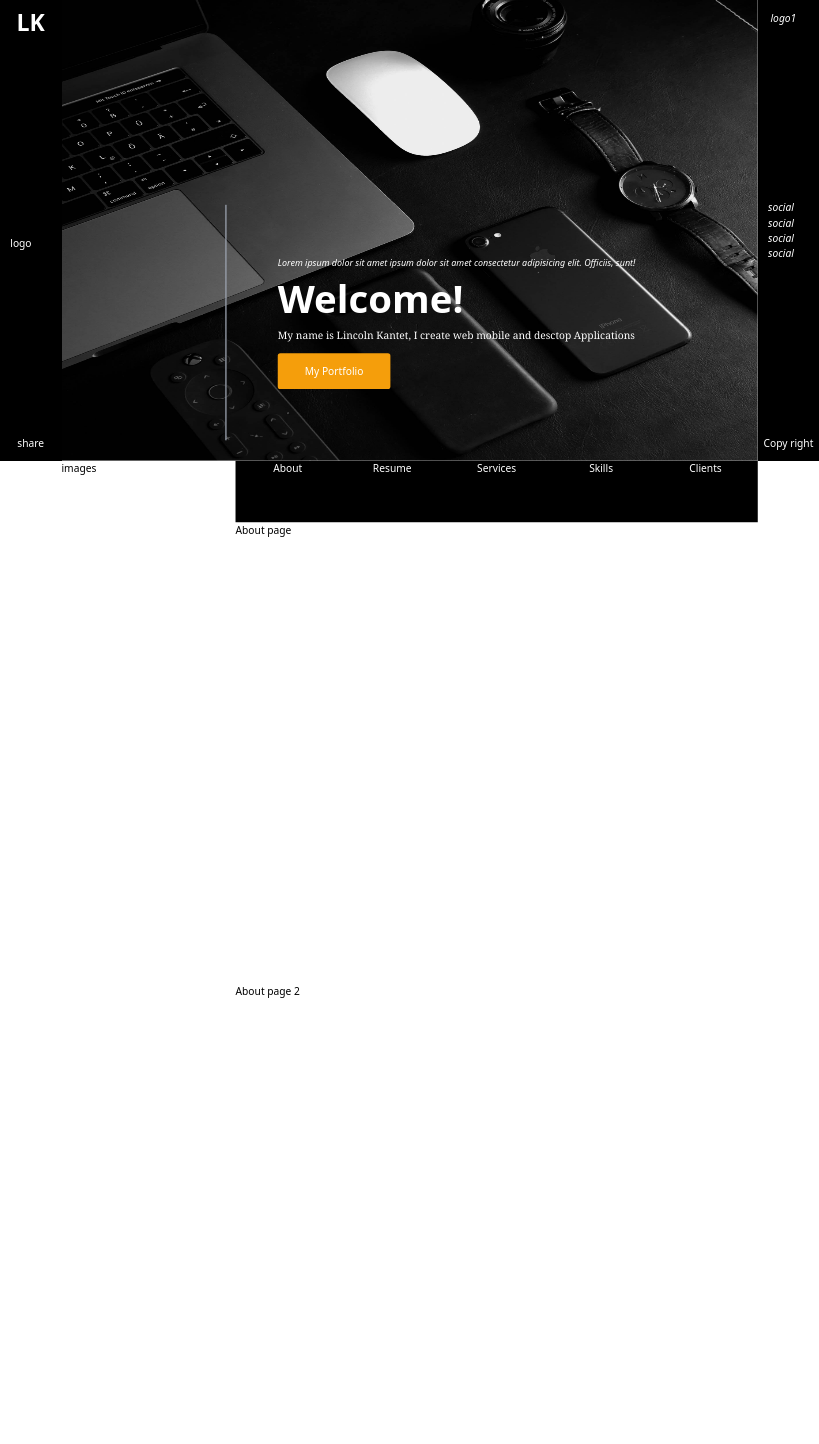
Repository: linco6054/template-tailwindcss
Page: index.html
An editor plug-in stored every save of this project. The page is shown before and after a run of saves, followed by the edit.
The browser window is 1280 px wide. The pictures show the whole page, at 64% of full size.

Above is the page before, as saved 2021-08-17 17:54:37.

### index.html
<!DOCTYPE html>
<html lang="en">

  <head>
    <meta charset="UTF-8" />
    <meta http-equiv="X-UA-Compatible" content="IE=edge" />
    <meta name="viewport" content="width=device-width, initial-scale=1.0" />
    <link href="https://unpkg.com/tailwindcss@^2/dist/tailwind.min.css" rel="stylesheet" />
    <link rel="stylesheet" href="style.css">
    <title>Lincoln Kantet</title>
  </head>

  <body class="font-sans text-white  max-w-full h-auto flex flex-col lg:flex-row">
    <!-- nav -->
    <nav class="
        fixed
        top-0
        lg:left-0
        overflow-hidden
        bg-black
        h-20
        flex
        justify-between
        lg:flex-col
        items-center
        w-full
        lg:w-24 lg:h-screen
        z-50
      ">
      <span>
        <h1 class="mx-4 lg:mt-4 text-4xl font-bold">LK</h1>
      </span>
      <div class="mx-4 cursor-pointer">
        <i class="opacity-0 hover:opacity-100">menu</i>
        <span>logo</span>
      </div>

      <span class="mx-4 lg:mb-4">share</span>
    </nav>
    <!-- pages -->
    <section class="
        px-0
        lg:px-24
        overflow-hidden
        flex-col
        md:w-full
        lg:w-full
        h-auto
        text-black
        pt-20
        md:pt-0

      ">
      <div class="h-screen w-full relative overflow-hidden">
        <img class="absolute  z-0 h-full w-full" src="/images/bg.jpg" alt="">

        <div
          class="md:border-l-2 md:pl-20 md:py-20 md:border-gray-400 px-10 lg:ml-64 absolute text-white top-64 md:top-80 w-full z-20 flex flex-col  items-left  ">
          <i class="w-full text-sm mb-4 ">Lorem ipsum dolor sit amet ipsum dolor sit amet consectetur adipisicing elit.
            Officiis, sunt!</i>
          <h1 class="font-extrabold text-6xl mb-4">Welcome!</h1>
          <p class="font-serif mb-4">My name is Lincoln Kantet, I create web mobile and desctop Applications</p>
          <button class="bg-yellow-500 px-4 py-2 md:px-10 md:py-4 rounded w-44 hover:bg-yellow-700 ">My
            Portfolio</button>
        </div>
      </div>
      </div>
      <!-- other screen mother container -->
      <div class="h-auto relative flex ">
        <div class="w-1/3 hidden md:block">images</div>
        <div class="w-full">
          <nav class="text-white sticky top-24 h-24 bg-black w-full flex ">
              <a class="flex-1 h-24 text-center" href="about"> <span>About</span> </a>
              <a class="flex-1 h-24 text-center" href="about">Resume</a>
              <a class="flex-1 h-24 text-center" href="about">Services</a>
              <a class="flex-1 h-24 text-center" href="about">Skills</a>
              <a class="flex-1 h-24 text-center" href="about">Clients</a>
          </nav>
          <main>
            <div class="h-screen">About page</div>
            <div class="h-screen">About page 2</div>
          </main>
        </div>

      </div>
      <!-- end of other screen mother container -->
    </section>
    <!-- footer -->
    <footer class="
        lg:fixed lg:right-0
        overflow-hidden
        w-full
        lg:w-24
        bg-black
        h-20
        flex
        lg:h-screen
        flex-row-reverse
        justify-between
        items-center
        lg:flex-col
      ">
      <span class="mr-4 lg:mt-4">
        <i>logo1</i>
      </span>
      <span class="ml-4">
        <i>social</i>
        <i>social</i>
        <i>social</i>
        <i>social</i>
      </span>
      <span class="hidden lg:block lg:mb-4 ">
        <p class="md:rotate-90">Copy right</p>
      </span>
    </footer>
  </body>

</html>

Loaded but not shown: style.css (no stored copy; drawn as an empty file)

After the next 2 saves:
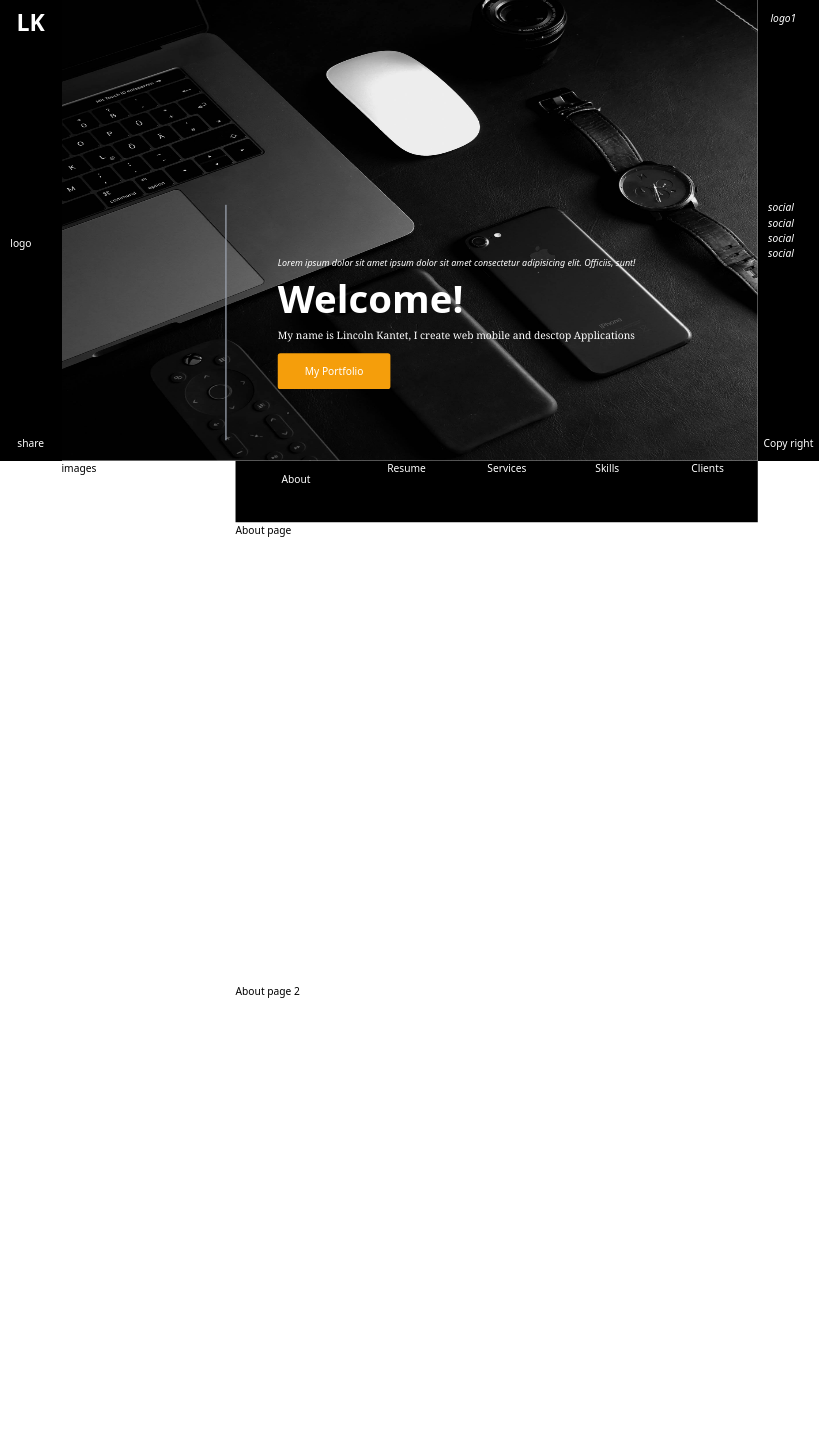
The 2 saves are shown as one change because they came seconds apart.
The last was saved 10 s later.
--- a/index.html
+++ b/index.html
@@ -70,7 +70,7 @@
         <div class="w-1/3 hidden md:block">images</div>
         <div class="w-full">
           <nav class="text-white sticky top-24 h-24 bg-black w-full flex ">
-              <a class="flex-1 h-24 text-center" href="about"> <span>About</span> </a>
+              <a class="flex-1 h-24 text-center p-4" href="about"> <span>About</span> </a>
               <a class="flex-1 h-24 text-center" href="about">Resume</a>
               <a class="flex-1 h-24 text-center" href="about">Services</a>
               <a class="flex-1 h-24 text-center" href="about">Skills</a>
